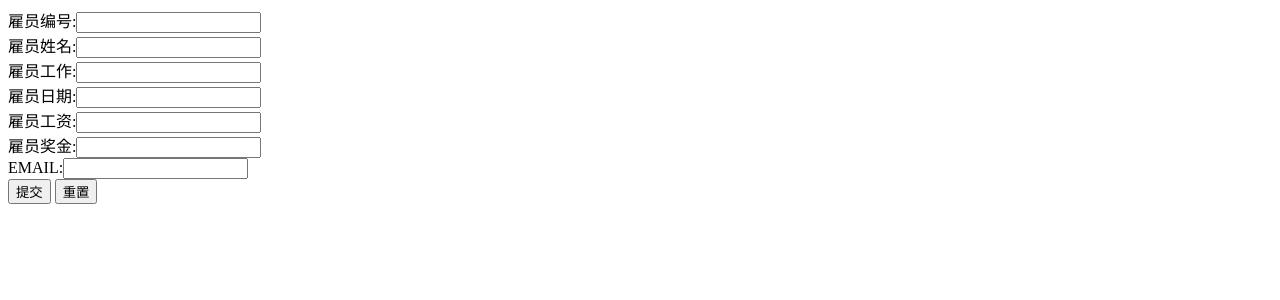
Repository: wikelgc/JSP
Page: http://localhost/ZhuCe/zhuce.jsp
An editor plug-in stored every save of this project. The page is shown before and after the next save, followed by the edit.
The browser window is 1280 px wide. The pictures show the whole page.
The page is served by Tomcat 9.

Above is the page before, as saved 2015-05-31 08:29:40.

After the next save:
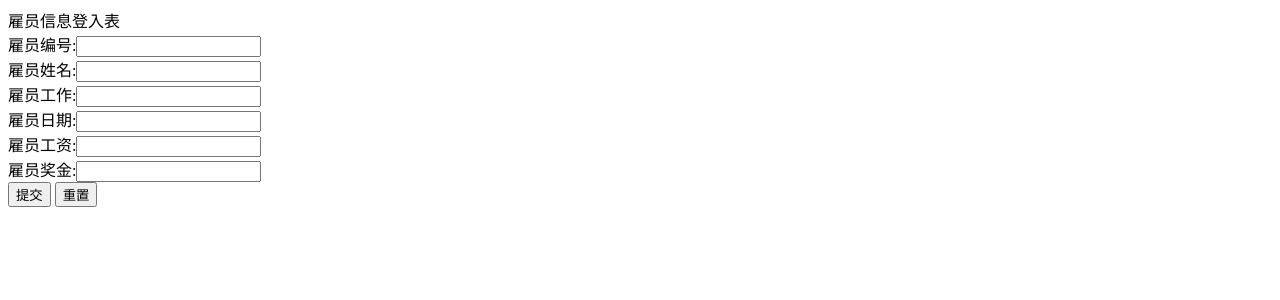
Saved 2 min 54 s later.
--- a/ZhuCe/WebRoot/zhuce.jsp
+++ b/ZhuCe/WebRoot/zhuce.jsp
@@ -2,6 +2,7 @@
 <html>
 <head>
 	<title>JavaScript应用正则表达式</title>
+	雇员信息登入表
 	<script language="JavaScript">
 		function validate(f){	// 定义函数，此时f就表示myform
 			var value = f.email.value ;	// 取得输入的内容
@@ -29,7 +30,6 @@
 		雇员日期:<input typp = "data" name = userdata><br>
 		雇员工资:<input type = "text" name = "salary"><br>
 		雇员奖金:<input type = "text" name = "bonus"><br>
-		EMAIL:<input type="text" name="email"><br>
 		<input type="submit" value="提交">
 		<input type="submit" value="重置">
 	</form>
